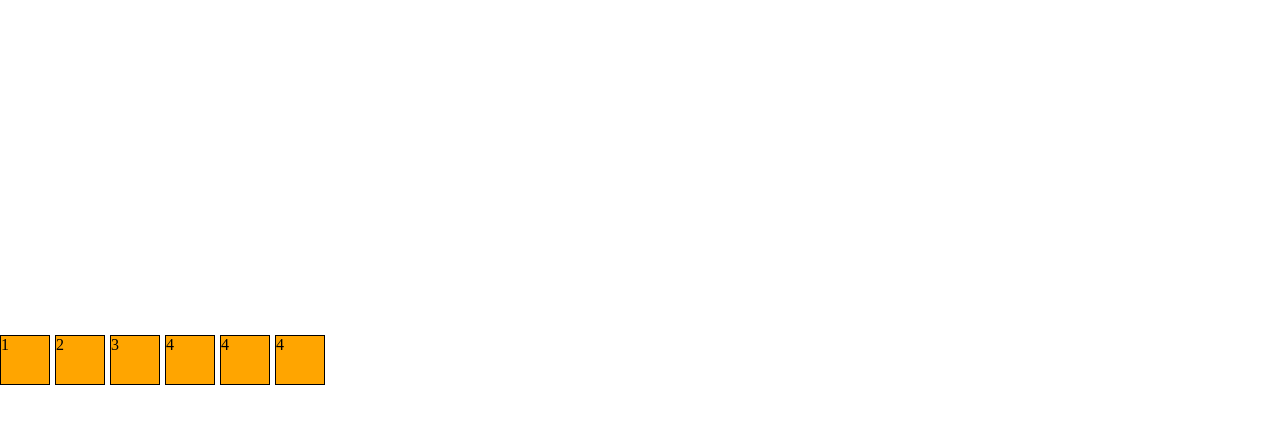
Repository: wisdomphamdev/flex-box
Page: index.html
These files come from the project's save history. The page is drawn as it stood at one moment and after the next save; the edit follows.
The browser window is 1280 px wide. The pictures show the whole page.

Above is the page before, as saved 2024-06-10 21:35:30.

### index.html
<!DOCTYPE html>
<html lang="en">
<head>
    <meta charset="UTF-8">
    <meta name="viewport" content="width=device-width, initial-scale=1.0">
    <title>Document</title>
    <link rel="stylesheet" href="style.css">
</head>
<body>
    <div class="container">
        <div class="item">1</div>
        <div class="item">2</div>
        <div class="item">3</div>
        <div class="item">4</div>
        <div class="item">4</div>
        <div class="item">4</div>



    </div>
</body>
</html>

### style.css
* {
  padding: 0;
  margin: 0;
  box-sizing: border-box;
}

.item {
  height: 50px;
  width: 50px;
  border: 1px solid #000;
  background: orange;
}

.container {
  height:100vh;
  display: flex;
  /* flex-direction: column; */
  /* flex-direction: row; */
  /* flex-direction: column-reverse;*/
  /* flex-direction: row-reverse; */
  /* flex-wrap:nowrap ; */
  /* flex-wrap:wrap ; */
  /* flex-wrap: wrap-reverse; */
  /* justify-content:center; */
  /* justify-content:flex-end ; */
  /* justify-content:flex-start ; */
  /* justify-content:space-between ; */
  /* justify-content:space-around ; */
  /* justify-content: space-evenly; */
  /* align-items: start; */
  align-items: center;
  /* align-items: end; */
  gap: 5px;
}

After the next save:
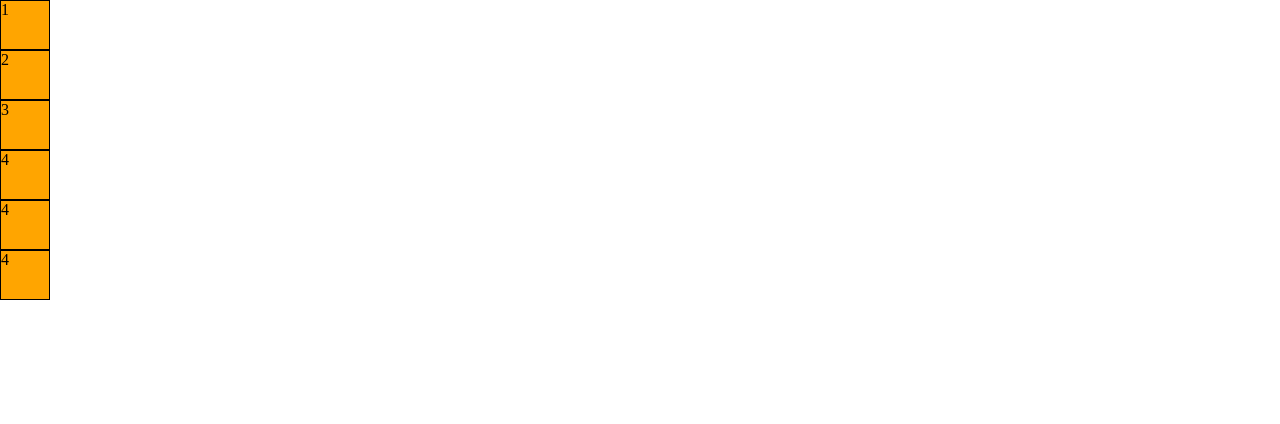
Saved 2 min 28 s later.
--- a/style.css
+++ b/style.css
@@ -10,7 +10,7 @@
   border: 1px solid #000;
   background: orange;
 }
-
+rea
 .container {
   height:100vh;
   display: flex;

After the 3 saves that followed:
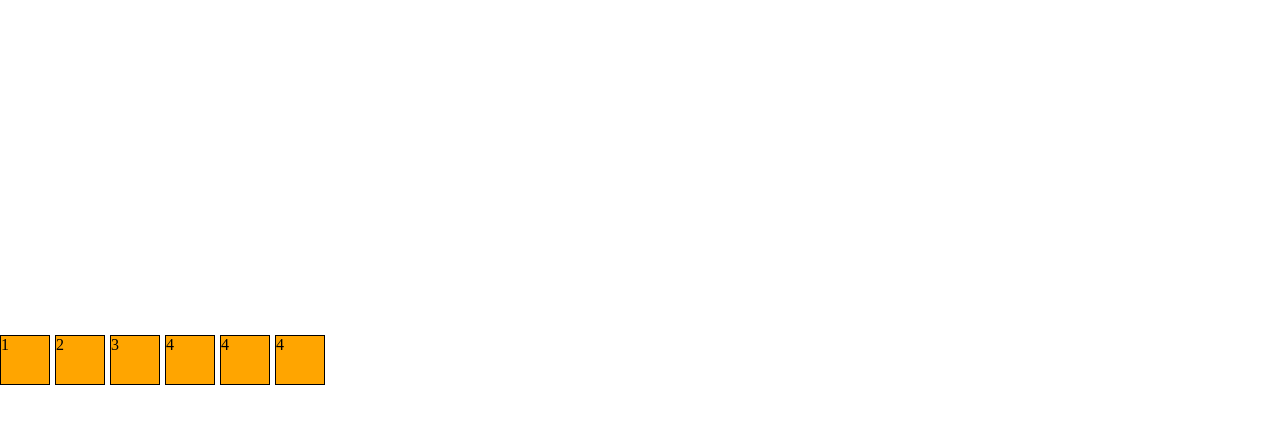
The 3 saves are shown as one change because 1 left the picture as it was and some came seconds apart.
The last was saved 43 s later.
--- a/style.css
+++ b/style.css
@@ -10,7 +10,7 @@
   border: 1px solid #000;
   background: orange;
 }
-rea
+
 .container {
   height:100vh;
   display: flex;
